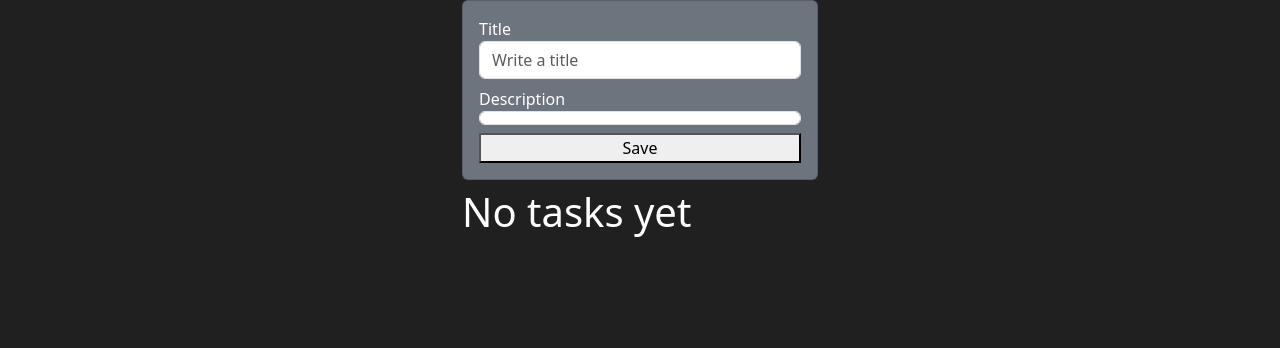
Repository: ChemsJam/django_postgres_todo
Page: http://localhost/tasks/
These files come from the project's save history. The page is drawn as it stood at one moment and after the next save; the edit follows.
The browser window is 1280 px wide. The pictures show the whole page.
The page is served by the project's application, run on Django 5.2 (manage.py). Other server files are loaded and not shown. Queries for data that is not in the repository find no rows.

Above is the page before, as saved 2024-08-19 15:51:09.

### tasks/templates/TasksList.html
{% load static %}

<!DOCTYPE html>
<html lang="en">
<head>
    <meta charset="UTF-8">
    <meta name="viewport" content="width=device-width, initial-scale=1.0">
    <title>DJango Crud</title>
    <link rel="stylesheet" href="https://cdn.jsdelivr.net/npm/bootstrap@5.3.2/dist/css/bootstrap.min.css">
    <link rel="stylesheet" href={% static 'main.css' %}>
</head>
<body>
    <div class="container">
        <div class="row">
            <div class="col-md-4 offset-md-4">

                <form action={% url 'create_tasks' %} method="POST" class="card card-body bg-secondary mb-2">
                {% csrf_token %}
                <label>
                    Title
                </label>
                <input type="text" name="tittle" placeholder="Write a title" class="form-control mb-2">
                <label>
                    Description
                </label>
                <label name="description" rows="3" placeholder="Write a description" class="form-control mb-2"></label>

                <button>Save</button>

                </form>

                {% for task in tasks %}
                <div>
                    <h4>{{task.tittle}}</h4>
                    <p>{{task.description}}</p>
                    <form action={% url 'delete_task' task.id %} method="POST">
                        {% csrf_token %}
                        <button>Delete</button>
                    </form>
                </div>

                {% empty %}
                <h1>No tasks yet</h1>
                {% endfor %}
            </div>
        </div>
    </div>
</body>
</html>

### tasks/views.py
from django.shortcuts import render, redirect
from .models import Task

# Create your views here.
def list_tasks(request):
    tasks = Task.objects.all()
    return render(request, 'TasksList.html', {'tasks': tasks})

def create_task(request):
    task = Task(tittle=request.POST['tittle'], description=request.POST['description'])
    task.save()
    return redirect('/tasks/')

def delete_task(request, task_id):
    task = Task.objects.get(id=task_id)
    task.delete()
    return redirect('/tasks/')

### django_postgres/urls.py
"""
URL configuration for django_postgres project.

The `urlpatterns` list routes URLs to views. For more information please see:
    https://docs.djangoproject.com/en/5.1/topics/http/urls/
Examples:
Function views
    1. Add an import:  from my_app import views
    2. Add a URL to urlpatterns:  path('', views.home, name='home')
Class-based views
    1. Add an import:  from other_app.views import Home
    2. Add a URL to urlpatterns:  path('', Home.as_view(), name='home')
Including another URLconf
    1. Import the include() function: from django.urls import include, path
    2. Add a URL to urlpatterns:  path('blog/', include('blog.urls'))
"""
from django.contrib import admin
from django.urls import path, include


urlpatterns = [
    path('admin/', admin.site.urls),
    path('tasks/', include('tasks.urls'))
]

### tasks/urls.py
from django.urls import path
from .views import list_tasks, create_task, delete_task

urlpatterns = [
    path('', list_tasks),
    path('new/', create_task, name='create_tasks'),
    path('delete/<int:task_id>/', delete_task, name='delete_task' )
]

### tasks/static/main.css
body {
    background-color: #202020;
    color: white;
}

After the next save:
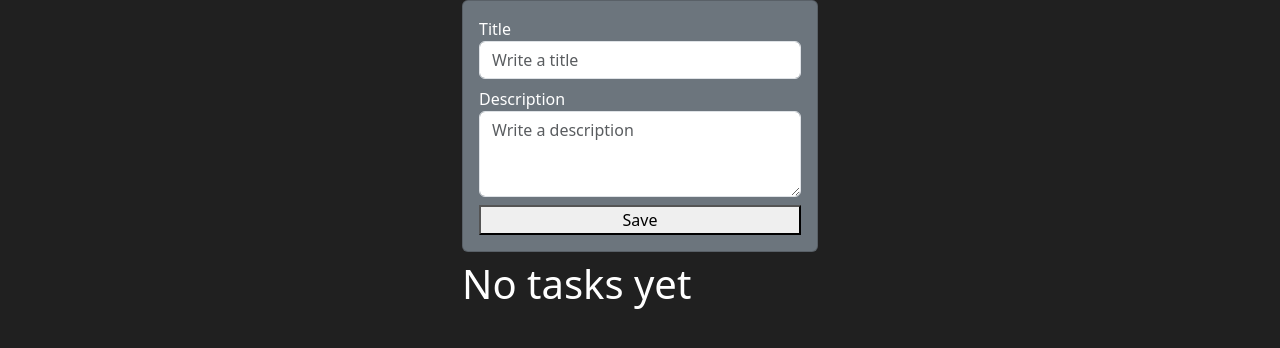
Saved 13 s later.
--- a/tasks/templates/TasksList.html
+++ b/tasks/templates/TasksList.html
@@ -23,7 +23,7 @@
                 <label>
                     Description
                 </label>
-                <label name="description" rows="3" placeholder="Write a description" class="form-control mb-2"></label>
+                <textarea name="description" rows="3" placeholder="Write a description" class="form-control mb-2"></textarea>
 
                 <button>Save</button>
 
